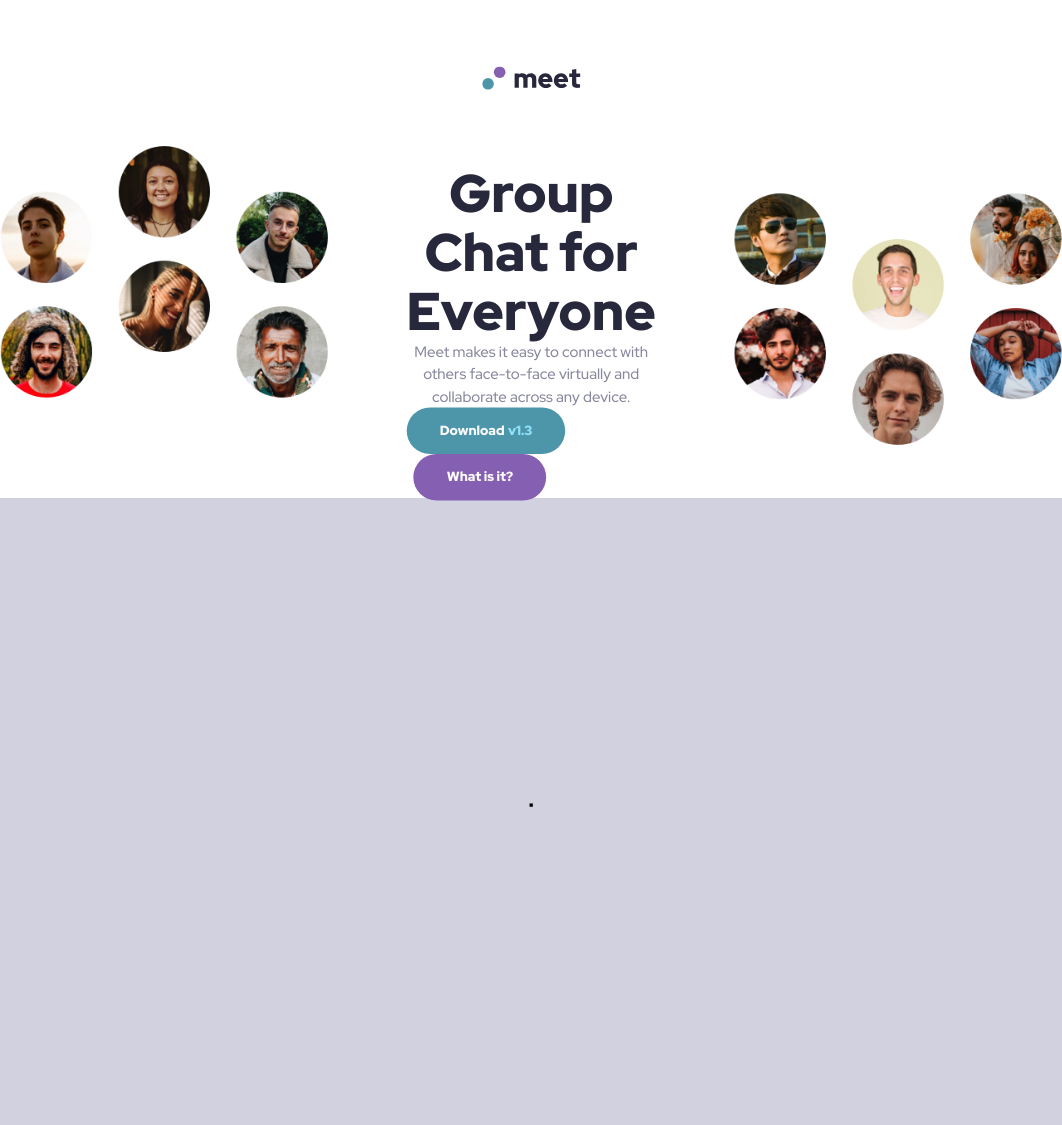
Repository: brandontaylor1/meet-landing-page
Page: index.html
The author's editor kept a copy of each file at every save. The page is drawn from the files as they stood at one save, then again after the next save.
The browser window is 1280 px wide. The pictures show the whole page, at 83% of full size.

Above is the page before, as saved 2025-01-11 20:16:16.

### index.html
<!DOCTYPE html>
<html lang="en">
<head>
    <meta charset="UTF-8">
    <meta name="viewport" content="width=device-width, initial-scale=1.0">
    <link rel="preconnect" href="https://fonts.googleapis.com">
    <link rel="preconnect" href="https://fonts.gstatic.com" crossorigin>
    <link href="https://fonts.googleapis.com/css2?family=Red+Hat+Display:ital,wght@0,300..900;1,300..900&display=swap" rel="stylesheet">
    <link rel="stylesheet" href="styles.css">
    <title>Meet Landing Page</title>
</head>
<body>
    <nav class="navbar">
        <div class="logo-container">
            <img src="./assets/images/logo.svg" alt="meet logo">
        </div>
    </nav>
    <section class="hero-section">
        <img src="./assets/images/image-hero-left.png" class="left-faces" alt="Left Faces">
        <div class="hero-content">
            <h1>Group Chat for Everyone</h1>
            <p>Meet makes it easy to connect with others face-to-face virtually and collaborate across any device.</p>
            <div class="btn-container">
                <button class="hero-btn" id="downloadBtn">Download<span>v1.3</span></button>
                <button class="hero-btn" id="whatisitBtn">What is it?</button>
            </div>
        </div>
        <img src="./assets/images/image-hero-right.png" class="right-faces" alt="Right Faces">
    </section>

    <section class="main-content">
        <div class="content">
            <img src="" alt="">
        </div>
    </section>

</body>
</html>

### styles.css
* {
    margin: 0;
    padding: 0;
    box-sizing: border-box
}

:root {
    --color-white: #FAFAFA;
    --color-slate: #87879D;
    --color-lightslate: #D1D1DF;
    --color-darkslate: #28283D;
    --color-cyan: #4D96A9;
    --color-purple: #855FB1;
    --color-lightcyan: #8FE3F9;
    --color-lightpurple: #D9B8FF;

}

.navbar {
    display: flex;
    padding: 80px 80px 0px 80px;
    flex-direction: column;
    justify-content: flex-end;
    align-items: center;
    gap: var(--spacing-100, 8px);
    align-self: stretch;

}

.hero-section {
    display: flex;
    align-items: center;
    justify-content: center;
    padding: 64px 80px;
}

.left-faces {
    padding-right: 95px;
    padding-bottom: 57px;
}

.right-faces {
    padding-left: 95px;
    padding-top: 57px;
}

.hero-content {
    display: flex;
    flex-direction: column;
    align-items: center;
    justify-content: space-between;
    width: 448px;
    height: 314px;

}

.hero-content h1 {
    font-family: "Red Hat Display", sans-serif;
    font-size: 4rem;
    font-weight: 900;
    line-height: 110%;
    color: var(--color-darkslate);
    text-align: center;
}

.hero-content p {
    font-family: "Red Hat Display", sans-serif;
    font-size: 18px;
    font-weight: 500;
    line-height: 150%;
    color: var(--color-slate);
    text-align: center;

}

.hero-btn {
    padding: 16px 40px;
    border-radius: 29px;
    border: none;

}

#downloadBtn {
    background-color: var(--color-cyan);
    color: var(--color-white);
    font-size: 16px;
    font-family: "Red Hat Display", sans-serif;
    font-weight: 900;
    line-height: 150%;
    margin-right: 8.5px;
}

#downloadBtn span {
    margin-left: 4px;
    color: var(--color-lightcyan);

}

#whatisitBtn {
    background-color: var(--color-purple);
    color: var(--color-white);
    font-size: 16px;
    font-family: "Red Hat Display", sans-serif;
    font-weight: 900;
    line-height: 150%;
    margin-left: 8.5px;
}

.main-content {
    display: flex;
    flex-direction: column;
    align-items: center;
    justify-content: center;
    padding: 56px 80px 72px 80px;
    height: 755px;
    background-color: var(--color-lightslate);
}

.content {
    display: flex;
    flex-direction: column;
    align-items: center;
    justify-content: center;
    border: 2px solid black;
}

After the next save:
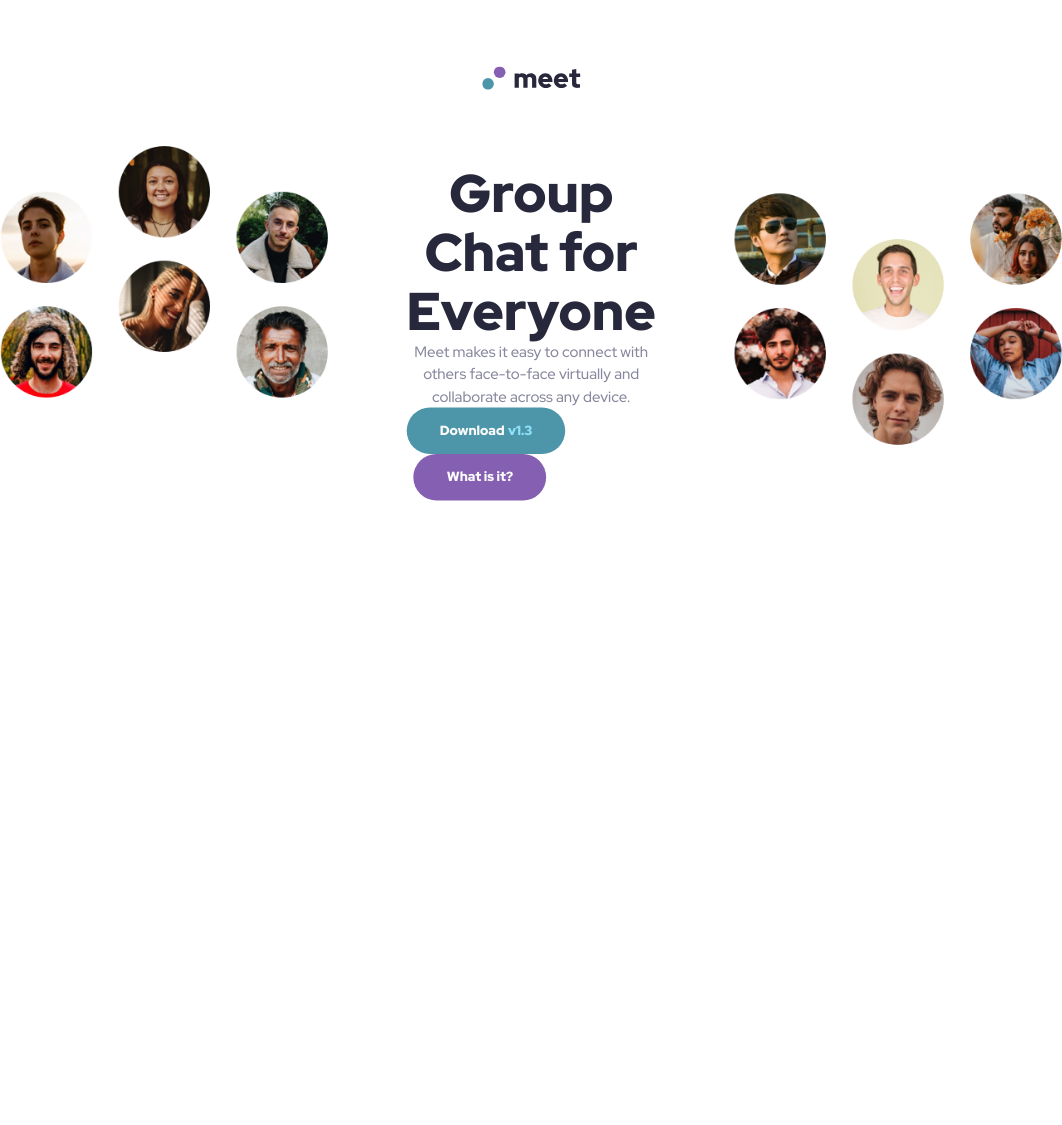
Saved 41 s later.
--- a/styles.css
+++ b/styles.css
@@ -113,7 +113,6 @@
     justify-content: center;
     padding: 56px 80px 72px 80px;
     height: 755px;
-    background-color: var(--color-lightslate);
 }
 
 .content {
@@ -121,5 +120,4 @@
     flex-direction: column;
     align-items: center;
     justify-content: center;
-    border: 2px solid black;
 }
